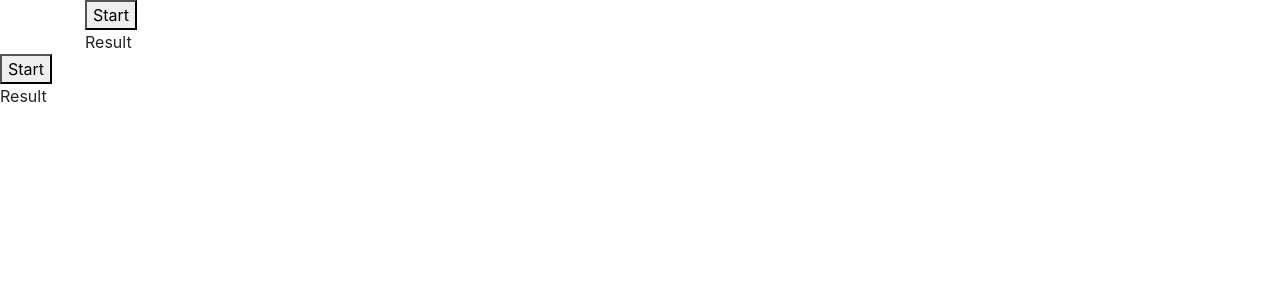
Repository: TaylorD1982/randomizer
Page: index.html
The author's editor kept a record of every edit. The page is drawn from the files as they stood at one moment, then again after the next edit.
The browser window is 1280 px wide. The pictures show the whole page.
Some web libraries are served in a nearby version.

Above is the page before.

After the next edit:
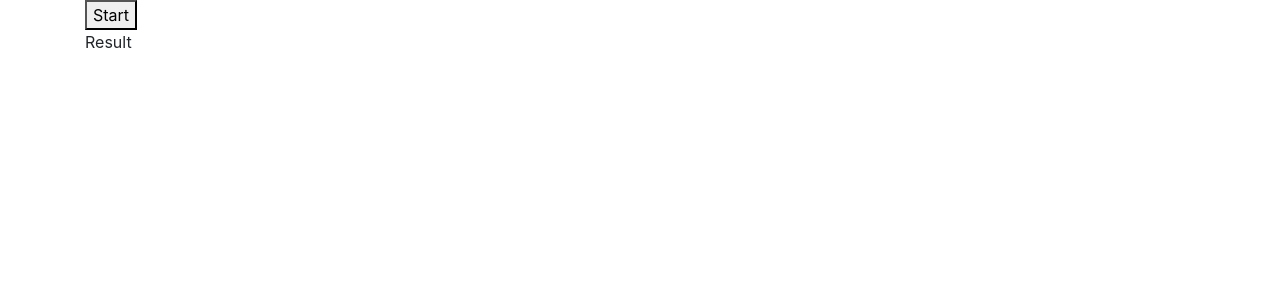
The edit:
--- a/index.html
+++ b/index.html
@@ -21,15 +21,6 @@
                 </div>
             </div>
         </div>
-    </div>
-
-
-
-    <button id="Button">
-  Start
-</button>
-    <div id="Answer">
-        Result
     </div>
 </body>
 <script>
